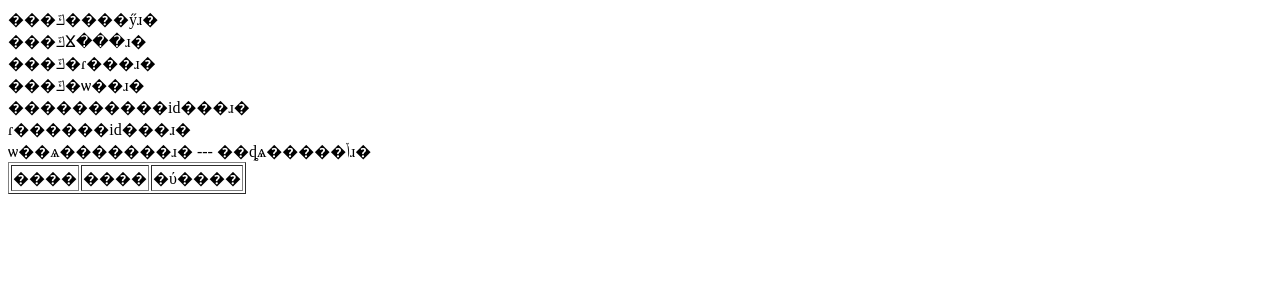
Repository: ZxxWs/P_M_learn
Page: http://localhost/
An editor plug-in stored every save of this project. The page is shown before and after the next save, followed by the edit.
The browser window is 1280 px wide. The pictures show the whole page.
The page is run by PHP 8.4 with error messages shown; the project is at /var/www/html/. Queries for data that is not in the repository find no rows.

Above is the page before, as saved 2019-03-13 10:05:27.

### Mysql_learn/index.php
<?php

//MySQL在PHP中的方法：mysqli_function(value,value1....)

//************************************************************
//连接MySQL：
$host='localhost:3306';                    //可选，主机名|IP
$username='root';          //可选，MySQL用户名
$password;          //可选，MySQL密码
$dbname;            //可选，默认数据库
$port;                  //端口号
$socket;            //规定socket
$conn=mysqli_connect($host,$username);
//mysqli_close($link);//关闭与于数据库的连接
if($conn)
    echo "数据库连接成功";
echo "<br />";

//************************************************************
//创建数据库
$create="create database phpcreat";
$createdatabase=mysqli_query($conn, $create);
if($createdatabase)
    echo "数据库创建成功";
else{
    die('连接失败: ' . mysqli_error($conn));
}
echo "<br />";

//删除数据库
$drop="drop database phpcreat";
$drop=mysqli_query($conn, $drop);
if($drop)
    echo "数据库删除成功";
else{
    die('连接失败: ' . mysqli_error($conn));
}
echo "<br />";


//************************************************************
//选择数据库
$dbname="test";
$select=mysqli_select_db($conn, $dbname);
if($select)
    echo "数据库选择成功";
    else{
        die('连接失败: ' . mysqli_error($conn));
    }
echo "<br />";


//************************************************************
//创建表
$table="create table phptable(id int)";
$createtable=mysqli_query($conn, $table);
if($createtable)
    echo "创建表：“id”成功";
else{
    die('连接失败: ' . mysqli_error($conn));
}
echo "<br />";

//删除表
$droptable="drop table phptable";
$droptablea=mysqli_query($conn, $droptable);
if($droptablea)
    echo "删除表“id”成功";
echo "<br/>";


//***********************
// 设置编码，防止中文乱码
mysqli_query($conn , "set names utf8");
//***********************
//向表中插入数据————>students:name,num,class
/*
$stuname="吴霜";
$stunum=1707004101;
$stuclass=17070144;
$sqldata="insert into students".
         "(name,num,class)".
         "values".
         "('$stuname','$stunum','$stuclass')";
$into=mysqli_query($conn, $sqldata);
if($into)
    echo "插入相关学生数据成功";
    echo "<br/>";
*/

//***********************************************************
//读取数据库
$readdata='select name,num,class from students';
$selecttable=mysqli_select_db($conn, 'test');//选择表
if($selecttable)
    echo "选择学生表单成功";
    echo "  ---  \0";
$readendl=mysqli_query($conn, $readdata);
if($readendl)
    echo "读取学生数据成功";
    echo "<br/>";
echo '<table border="1"><td>标题</td><td>作者</td><td>提交日期</td></tr>';
while($whilee=mysqli_fetch_array($readendl,MYSQLI_ASSOC)){
    echo "<tr><td>{$whilee['name']}</td>".
        "<td>{$whilee['num']}</td>".
        "<td>{$whilee['class']}</td>".
        "</tr>";
}
echo '</table>';

After the next save:
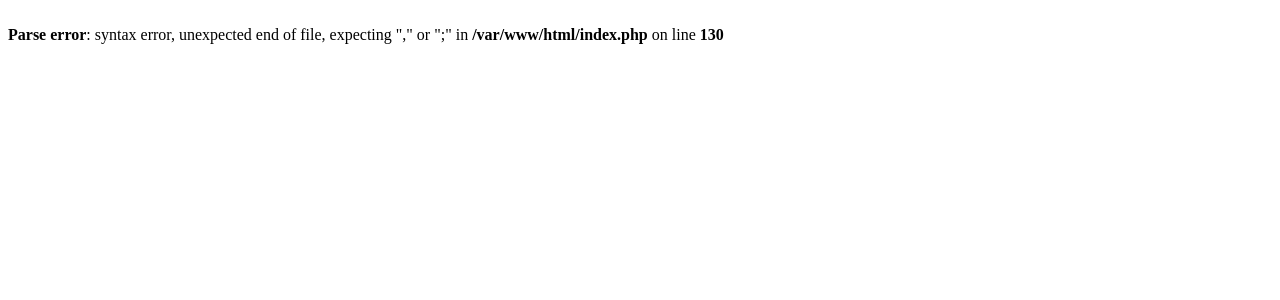
Saved 9 min 27 s later.
--- a/Mysql_learn/index.php
+++ b/Mysql_learn/index.php
@@ -90,6 +90,7 @@ if($into)
 
 //***********************************************************
 //读取数据库
+//读取数据库的方式多种多样
 $readdata='select name,num,class from students';
 $selecttable=mysqli_select_db($conn, 'test');//选择表
 if($selecttable)
@@ -99,11 +100,19 @@ $readendl=mysqli_query($conn, $readdata);
 if($readendl)
     echo "读取学生数据成功";
     echo "<br/>";
+
 echo '<table border="1"><td>标题</td><td>作者</td><td>提交日期</td></tr>';
-while($whilee=mysqli_fetch_array($readendl,MYSQLI_ASSOC)){
-    echo "<tr><td>{$whilee['name']}</td>".
+while($whilee=mysqli_fetch_array($readendl,MYSQLI_ASSOC)){//每次读取的数据会复制给$whilee
+    echo "<tr><td>{$whilee['name']}</td>".                //参数MYSQLI_ASSOC查询结果返回关联数据
         "<td>{$whilee['num']}</td>".
         "<td>{$whilee['class']}</td>".
         "</tr>";
 }
-echo '</table>';
+echo '</table>'."<br/>";
+
+
+ //释放内存
+mysqli_free_result($whilee);
+$close=mysqli_close($conn);
+if($close)
+    echo "断开连接成功"
